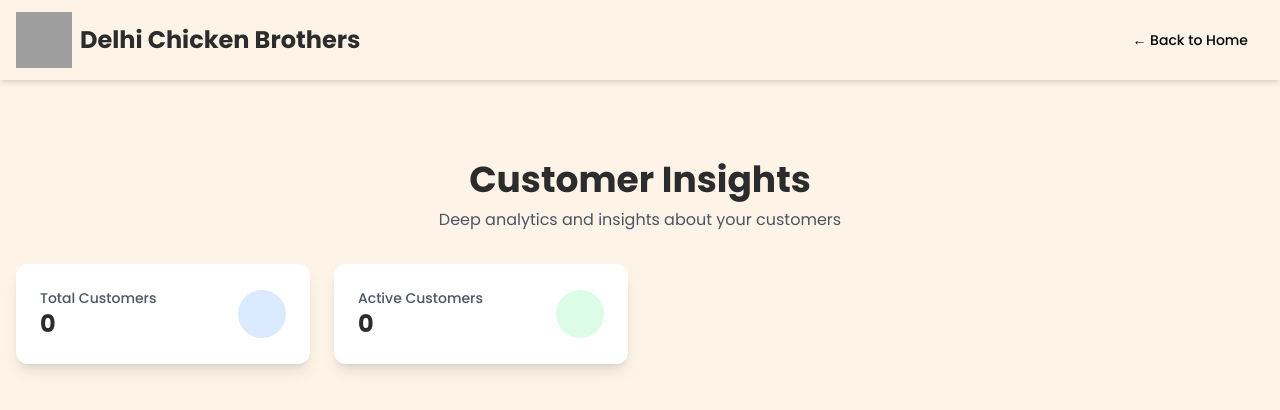
Repository: roydigital/dcb_pos_final
Page: customers.html
The author's editor kept a copy of each file at every save. The page is drawn from the files as they stood at one save, then again after a run of saves.
The browser window is 1280 px wide. The pictures show the whole page.
Pictures or frames that could not be fetched are drawn as grey boxes. Some web libraries are served in a nearby version.

Above is the page before, as saved 2025-10-13 16:49:31.

### customers.html
<!DOCTYPE html>
<html lang="en">
<head>
    <meta charset="UTF-8">
    <meta name="viewport" content="width=device-width, initial-scale=1.0">
    <title>Customer Insights - Delhi Chicken Brothers</title>
    <script src="https://cdn.tailwindcss.com"></script>
    <link rel="preconnect" href="https://fonts.googleapis.com">
    <link rel="preconnect" href="https://fonts.gstatic.com" crossorigin>
    <link href="https://fonts.googleapis.com/css2?family=Poppins:wght@400;500;600;700&family=Roboto:wght@400;500;700&display=swap" rel="stylesheet">
    <script src="https://unpkg.com/lucide@latest"></script>
    <script src="https://cdn.jsdelivr.net/npm/chart.js"></script>
    <style>
        body {
            font-family: 'Poppins', 'Roboto', sans-serif;
            background-color: #FDF3E7;
        }
        :root {
            --brand-red: #D12727;
            --brand-dark: #2C2C2C;
            --brand-cream: #FDF3E7;
            --brand-light-cream: #FFFBF5;
        }
        .bg-brand-red { background-color: var(--brand-red); }
        .text-brand-red { color: var(--brand-red); }
        .border-brand-red { border-color: var(--brand-red); }
        .bg-brand-dark { background-color: var(--brand-dark); }
        .text-brand-dark { color: var(--brand-dark); }
        .bg-brand-cream { background-color: var(--brand-cream); }
        .text-brand-cream { color: var(--brand-cream); }
        .bg-brand-light-cream { background-color: var(--brand-light-cream); }

        /* Custom scrollbar */
        ::-webkit-scrollbar {
            width: 8px;
        }
        ::-webkit-scrollbar-track {
            background: var(--brand-cream);
        }
        ::-webkit-scrollbar-thumb {
            background: var(--brand-red);
            border-radius: 10px;
        }
        ::-webkit-scrollbar-thumb:hover {
            background: #a81f1f;
        }

        .customer-card {
            transition: all 0.3s ease;
        }
        .customer-card:hover {
            transform: translateY(-2px);
            box-shadow: 0 10px 25px -5px rgba(0, 0, 0, 0.1);
        }

        .fade-in {
            animation: fadeIn 0.5s ease-in;
        }

        @keyframes fadeIn {
            from { opacity: 0; transform: translateY(10px); }
            to { opacity: 1; transform: translateY(0); }
        }

        .loading {
            opacity: 0.6;
            pointer-events: none;
        }

        /* Badge styles */
        .badge-new { background-color: #10B981; color: white; }
        .badge-returning { background-color: #3B82F6; color: white; }
        .badge-frequent { background-color: #8B5CF6; color: white; }
        .badge-high-value { background-color: #F59E0B; color: white; }
        .badge-inactive { background-color: #6B7280; color: white; }

        /* Drawer animations */
        .drawer-enter {
            transform: translateX(100%);
        }
        .drawer-enter-active {
            transform: translateX(0);
            transition: transform 0.3s ease-out;
        }
        .drawer-exit {
            transform: translateX(0);
        }
        .drawer-exit-active {
            transform: translateX(100%);
            transition: transform 0.3s ease-in;
        }
    </style>
</head>
<body class="min-h-screen flex flex-col">
    <!-- Header -->
    <header class="bg-brand-cream sticky top-0 z-40 shadow-md" style="background-color: #FDF3E7 !important;">
        <div class="container mx-auto px-4 py-3 flex justify-between items-center">
            <a href="index.html" class="flex items-center gap-2">
                <img src="https://dcbchicken.com/images/logo.png" alt="Delhi Chicken Brothers Logo" class="h-12 w-12 md:h-14 md:w-14">
                <span class="text-xl md:text-2xl font-bold text-brand-dark hidden sm:block">Delhi Chicken Brothers</span>
            </a>
            <div class="flex items-center gap-4">
                <a href="index.html" class="text-sm font-medium hover:text-brand-red transition-colors">← Back to Home</a>
                <div id="auth-container"></div>
            </div>
        </div>
    </header>

    <!-- Main Content -->
    <main class="container mx-auto px-4 pt-20 pb-8 flex-grow">
        <!-- Page Header -->
        <div class="text-center mb-8">
            <h1 class="text-3xl md:text-4xl font-bold text-brand-dark mb-2">Customer Insights</h1>
            <p class="text-gray-600">Deep analytics and insights about your customers</p>
        </div>

        <!-- Quick Stats Cards -->
        <div class="grid grid-cols-1 md:grid-cols-2 lg:grid-cols-4 gap-6 mb-8">
            <div class="bg-white rounded-xl shadow-lg p-6 customer-card">
                <div class="flex items-center justify-between">
                    <div>
                        <p class="text-sm font-medium text-gray-600">Total Customers</p>
                        <p id="total-customers" class="text-2xl font-bold text-brand-dark">0</p>
                    </div>
                    <div class="w-12 h-12 bg-blue-100 rounded-full flex items-center justify-center">
                        <i data-lucide="users" class="h-6 w-6 text-blue-600"></i>
                    </div>
                </div>
            </div>

            <div class="bg-white rounded-xl shadow-lg p-6 customer-card">
                <div class="flex items-center justify-between">
                    <div>
                        <p class="text-sm font-medium text-gray-600">Active Customers</p>
                        <p id="active-customers" class="text-2xl font-bold text-brand-dark">0</p>
                    </div>
                    <div class="w-12 h-12 bg-green-100 rounded-full flex items-center justify-center">

After the next 3 saves:
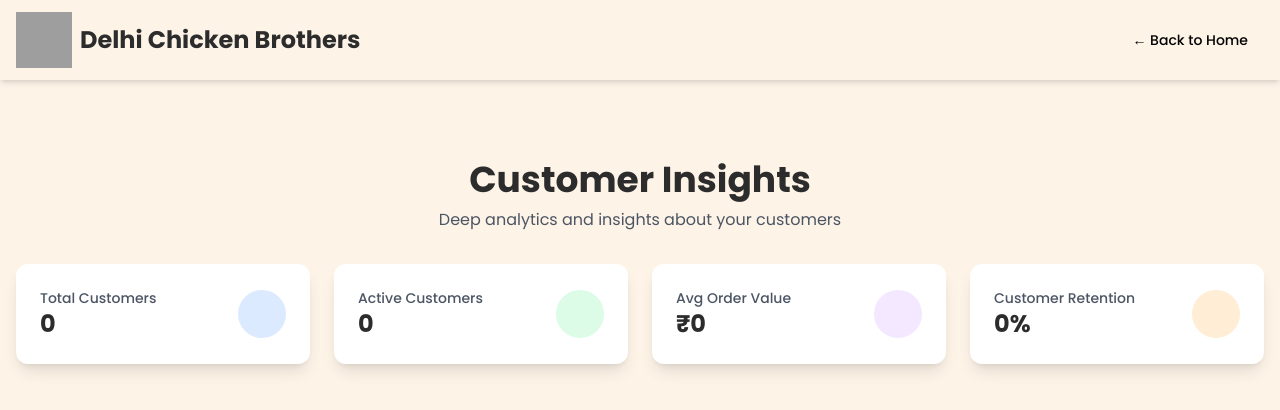
The 3 saves are shown as one change because they came seconds apart.
The last was saved 11 s later.
--- a/customers.html
+++ b/customers.html
@@ -135,3 +135,27 @@
                         <p id="active-customers" class="text-2xl font-bold text-brand-dark">0</p>
                     </div>
                     <div class="w-12 h-12 bg-green-100 rounded-full flex items-center justify-center">
+                        <i data-lucide="user-check" class="h-6 w-6 text-green-600"></i>
+                    </div>
+                </div>
+            </div>
+
+            <div class="bg-white rounded-xl shadow-lg p-6 customer-card">
+                <div class="flex items-center justify-between">
+                    <div>
+                        <p class="text-sm font-medium text-gray-600">Avg Order Value</p>
+                        <p id="avg-order-value" class="text-2xl font-bold text-brand-dark">₹0</p>
+                    </div>
+                    <div class="w-12 h-12 bg-purple-100 rounded-full flex items-center justify-center">
+                        <i data-lucide="trending-up" class="h-6 w-6 text-purple-600"></i>
+                    </div>
+                </div>
+            </div>
+
+            <div class="bg-white rounded-xl shadow-lg p-6 customer-card">
+                <div class="flex items-center justify-between">
+                    <div>
+                        <p class="text-sm font-medium text-gray-600">Customer Retention</p>
+                        <p id="retention-rate" class="text-2xl font-bold text-brand-dark">0%</p>
+                    </div>
+                    <div class="w-12 h-12 bg-orange-100 rounded-full flex items-center justify-center">
